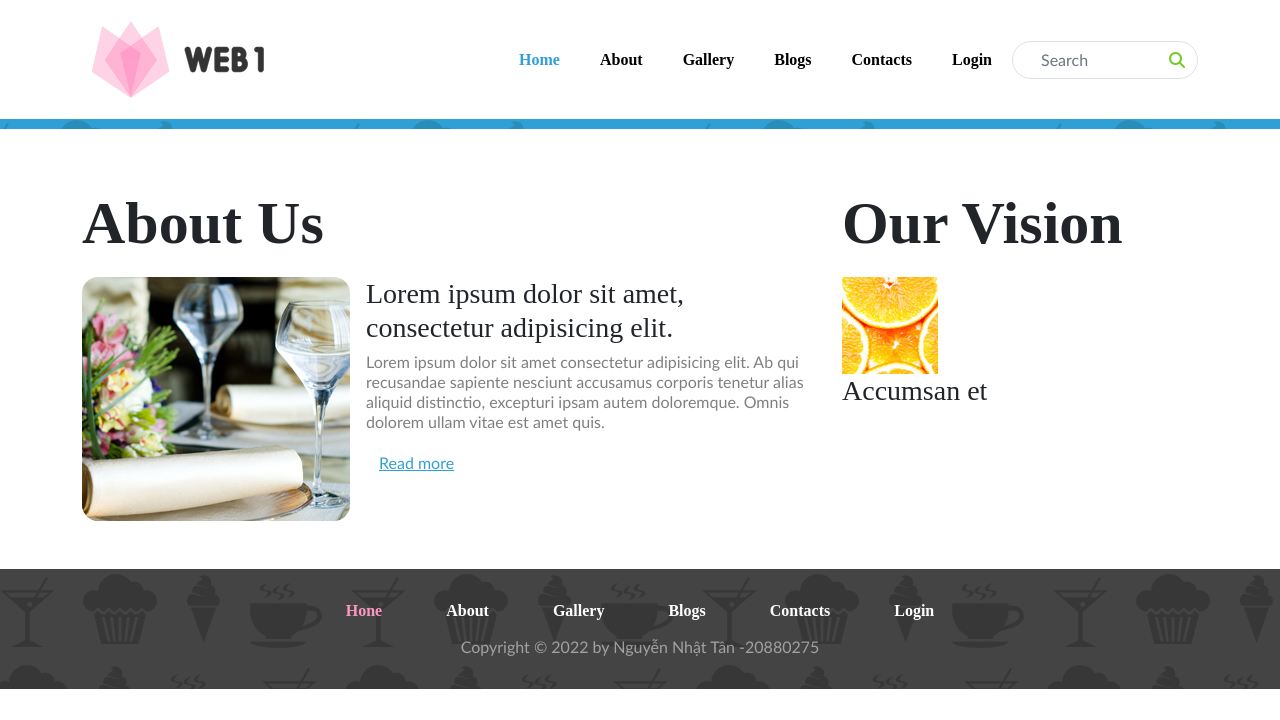
Repository: carembanhkem/web1-20880275
Page: about.html
The author's editor kept a copy of each file at every save. The page is drawn from the files as they stood at one save, then again after a run of saves.
The browser window is 1280 px wide. The pictures show the whole page.
Some web fonts or font styles are not loaded; a fallback is used. Some web libraries are served in a nearby version.

Above is the page before, as saved 2023-02-06 11:18:01.
Console error: ReferenceError: bootstrap is not defined

After the next 2 saves:
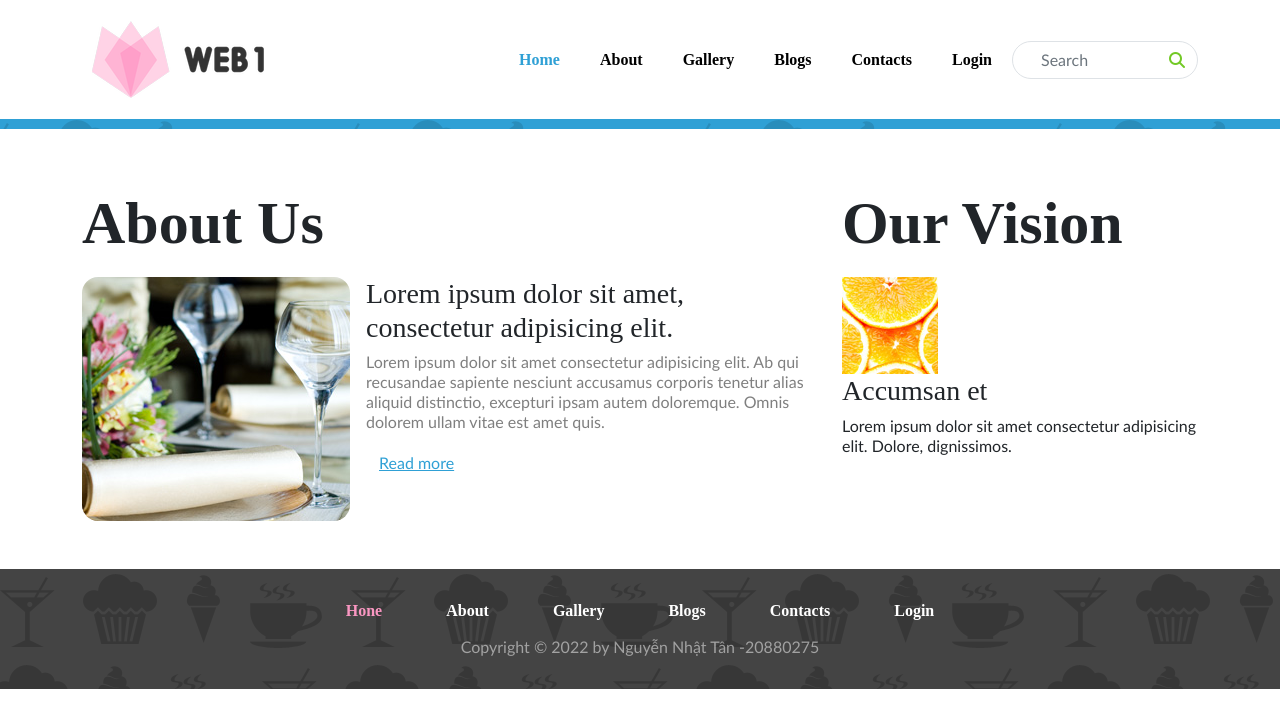
The 2 saves are shown as one change because they came seconds apart.
The last was saved 19 s later.
--- a/about.html
+++ b/about.html
@@ -77,7 +77,8 @@
                 <div>
                     <img src="images/vision/vision-1.jpg" alt="vision1">
                     <h3>Accumsan et</h3>
-                    <p></p>
+                    <p>Lorem ipsum dolor sit amet consectetur adipisicing elit. Dolore, dignissimos.</p>
+
 
                 </div>
             </div>
